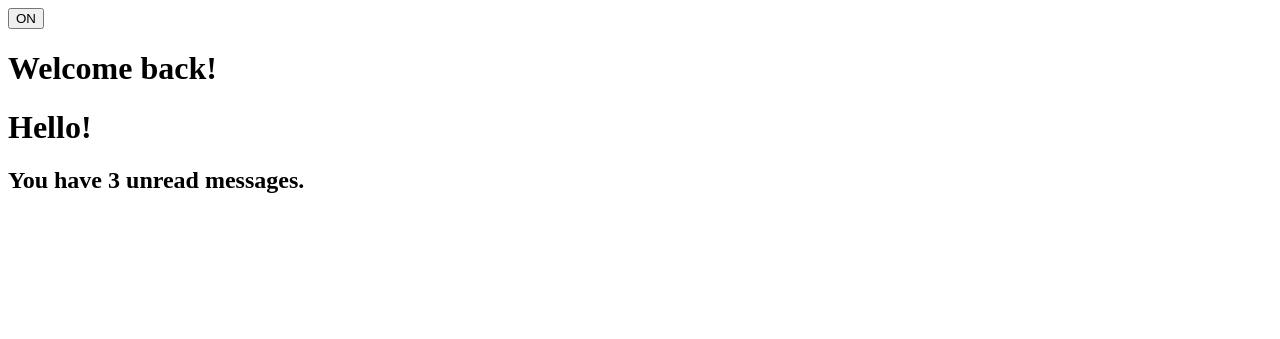
Repository: WanYouwen/react_study_code
Page: day01/01-基础/test.html
The author's editor kept a copy of each file at every save. The page is drawn from the files as they stood at one save, then again after the next save.
The browser window is 1280 px wide. The pictures show the whole page.

Above is the page before, as saved 2020-08-11 17:31:08.

After the next save:
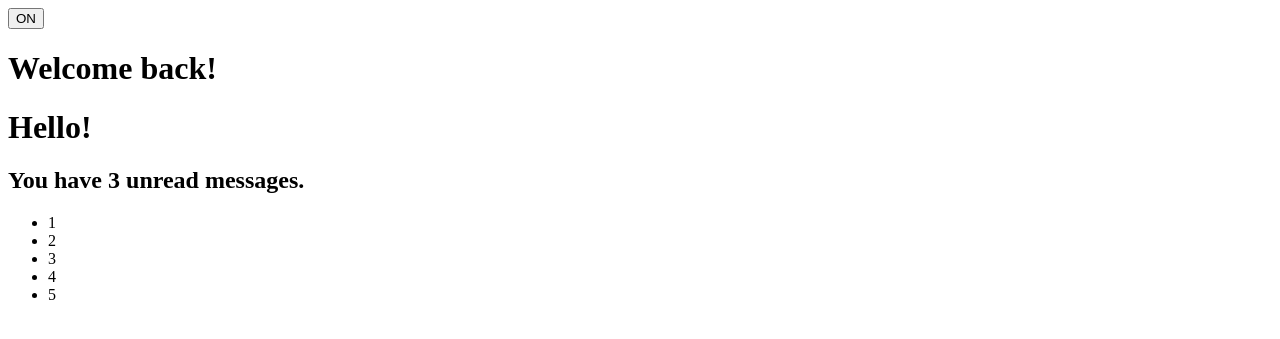
Saved 11 min 48 s later.
--- a/day01/01-基础/test.html
+++ b/day01/01-基础/test.html
@@ -43,6 +43,7 @@
             */}
             <Greeting isLoggedIn={this.state.isToggleOn} />
             <Mailbox unreadMessages={messages} />
+            <ul>{listItems}</ul>
           </div>
         );
       }
@@ -73,6 +74,8 @@
         </div>
       );
     }
+    const numbers = [1, 2, 3, 4, 5];
+    const listItems = numbers.map((number) => <li>{number}</li>);
 
     console.log(ReactDOM, 'ReactDOM');
     ReactDOM.render(<Toggle />, app);
